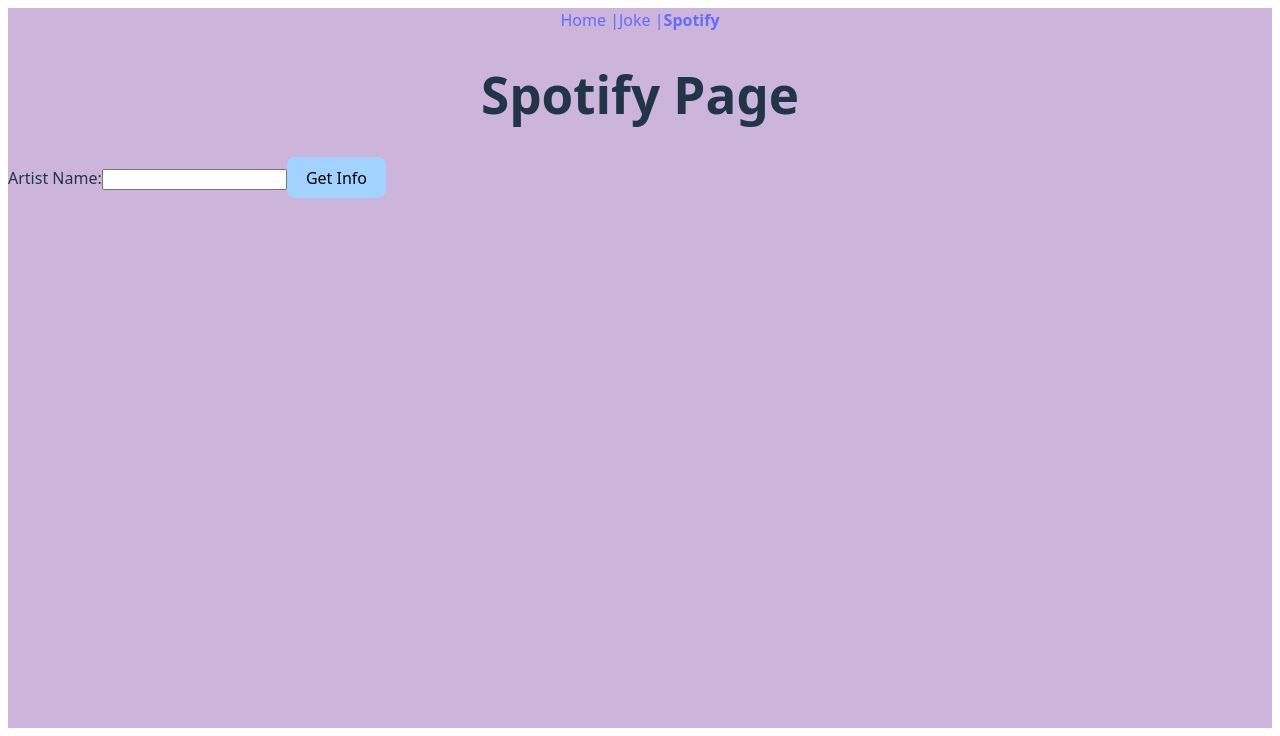
Repository: rosieomusic/spotify-react
Page: /spotify
An editor plug-in stored every save of this project. The page is shown before and after the next save, followed by the edit.
The browser window is 1280 px wide. The pictures show the whole page.
The page's requests for data from a server got no answer. The project was rebuilt for these pictures with package versions that can differ from the ones it lists, and the page was loaded fresh each time. No one was signed in, and anything a server would have sent is missing. Settings that the repository does not hold, such as keys and server addresses, were given made-up values. Also part of the build but not shown: vite.config.js, src/pages/HomePage.jsx, src/components/AlbumComponent.jsx, src/services/JokeService.js, src/pages/JokePage.jsx.

Above is the page before, as saved 2025-05-09 18:56:45.

### index.html
<!DOCTYPE html>
<html lang="en">
	<head>
		<meta charset="UTF-8" />
		<link
			rel="icon"
			type="image/svg+xml"
			href="/vite.svg"
		/>
		<meta
			name="viewport"
			content="width=device-width, initial-scale=1.0"
		/>
		<title>Joke and Spotify API</title>
	</head>
	<body>
		<div id="root"></div>
		<script
			type="module"
			src="/src/main.jsx"
		></script>
	</body>
</html>

### src/index.css
:root {
	font-family: system-ui, Avenir, Helvetica, Arial, sans-serif;
	line-height: 1.5;
	font-weight: 400;

	color: black;
	background-color: white;

	font-synthesis: none;
	text-rendering: optimizeLegibility;
	-webkit-font-smoothing: antialiased;
	-moz-osx-font-smoothing: grayscale;
}

a {
	font-weight: 500;
	color: #646cff;
	text-decoration: inherit;
}
a:hover {
	color: #535bf2;
}

h1 {
	font-size: 3.2em;
	line-height: 1.1;
}

button {
	border-radius: 8px;
	border: 1px solid black;
	padding: 0.6em 1.2em;
	font-size: 1em;
	font-weight: 500;
	font-family: inherit;
	background-color: white;
	cursor: pointer;
	transition: border-color 0.25s;
}
button:hover {
	border-color: #646cff;
}
button:focus,
button:focus-visible {
	outline: 4px auto -webkit-focus-ring-color;
}

@media (prefers-color-scheme: light) {
	:root {
		color: #213547;
		background-color: #ffffff;
	}
	a:hover {
		color: #747bff;
	}
	button {
		background-color: #f9f9f9;
	}
}

### src/App.jsx
import './App.css';
import { BrowserRouter, Routes, Link, Route, NavLink } from 'react-router-dom';
import HomePage from './pages/HomePage';
import SpotifyPage from './pages/SpotifyPage';
import JokePage from './pages/JokePage';

function App() {
	return (
		<BrowserRouter>
			<nav>
				<NavLink
					to='/'
					style={({ isActive }) => ({
						fontWeight: isActive ? 'bold' : 'normal',
					})}
				>
					Home |
				</NavLink>
				<NavLink
					to='/joke'
					style={({ isActive }) => ({
						fontWeight: isActive ? 'bold' : 'normal',
					})}
				>
					Joke |
				</NavLink>
				<NavLink
					to='/spotify'
					style={({ isActive }) => ({
						fontWeight: isActive ? 'bold' : 'normal',
					})}
				>
					Spotify
				</NavLink>
			</nav>

			<Routes>
				<Route
					path='/'
					element={<HomePage />}
				/>
				<Route
					path='/joke'
					element={<JokePage />}
				/>
				<Route
					path='/spotify'
					element={<SpotifyPage />}
				/>
			</Routes>
		</BrowserRouter>
	);
}

export default App;

### src/App.css
#root {
	max-width: 1280px;
	margin: 0;
	height: 100dvh;
}
body {
	background-color: #cdb4db;
}
button {
	background-color: #a2d2ff;
	border: none;
}
h1 {
	justify-self: center;
	text-align: center;
	align-self: center;
}
p {
	justify-self: center;
	font-family: 'Lucida Sans', 'Lucida Sans Regular', 'Lucida Grande',
		'Lucida Sans Unicode', Geneva, Verdana, sans-serif;
	text-align: center;
	align-self: center;
}
nav {
	text-align: center;
}

### src/pages/SpotifyPage.jsx
import React from 'react';
import { useState, useEffect } from 'react';
import SpotifyService from '../services/SpotifyService.js';
import AlbumComponent from '../components/AlbumComponent.jsx';

export default function SpotifyPage() {
	const [token, setToken] = useState('');
	const [artistName, setArtistName] = useState('');
	const [artist, setArtist] = useState('');
	const [albums, setAlbums] = useState('');

	function handleChange(event) {
		setArtistName(event.target.value);
	}

	function getArtistInfo() {
		SpotifyService.getArtist(artistName, token).then((response) => {
			//console.log(response);
			setArtist(response.data.artists.items[0]);
		});
	}
	function getAlbumInfo() {
		SpotifyService.getAlbums(artist.id, token).then((response) => {
			console.log(response);
			setAlbums(response.data.items);
		});
	}

	function getAuthToken() {
		SpotifyService.getAuthToken().then((response) => {
			setToken(response.access_token);
		});
	}
	useEffect(() => {
		getAuthToken();
	}, []);
	return (
		<>
			<h1>Spotify Page</h1>
			<label htmlFor='artistName'>Artist Name:</label>
			<input
				type='text'
				value={artistName}
				onChange={handleChange}
			/>
			<button onClick={getArtistInfo}>Get Info</button>
			<div>
				{artist && (
					<>
						<h2>{artist.name}</h2>
						<h2>Popularity: {artist.popularity}</h2>
						<h2>Followers: {artist.followers.total}</h2>
						<h2>Genres: {artist.genres}</h2>
						<button onClick={getAlbumInfo}>Get Albums</button>
						{albums && <AlbumComponent albums={albums} />}
					</>
				)}
			</div>
		</>
	);
}

### src/services/SpotifyService.js
import axios from 'axios';

const client_id = import.meta.env.VITE_SPOTIFY_ID;
const client_secret = import.meta.env.VITE_SPOTIFY_SECRET;
const auth_token = btoa(`${client_id}:${client_secret}`);

export default {
	getAuthToken() {
		return axios
			.post(
				'https://accounts.spotify.com/api/token',
				new URLSearchParams({
					grant_type: 'client_credentials',
				}).toString(),
				{
					headers: {
						'Content-Type': 'application/x-www-form-urlencoded',
						Authorization: 'Basic ' + auth_token,
					},
				}
			)
			.then((response) => response.data);
	},

	getArtist(artistName, token) {
		return axios.get(
			`https://api.spotify.com/v1/search?q=${artistName}&type=artist`,
			{
				headers: { Authorization: 'Bearer ' + token },
			}
		);
	},

	getAlbums(artistId, token) {
		return axios.get(`https://api.spotify.com/v1/artists/${artistId}/albums`, {
			headers: { Authorization: 'Bearer ' + token },
		});
	},
};

Loaded but not shown: src/main.jsx (common file)

After the next save:
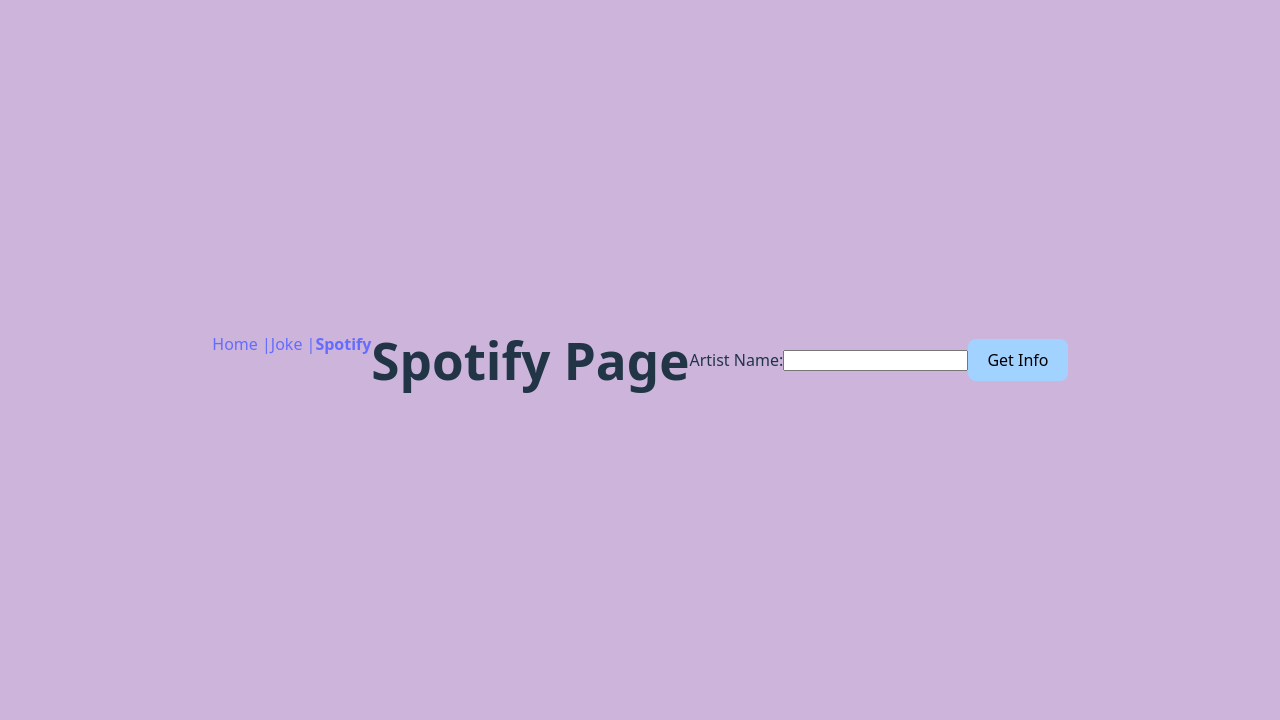
Saved 2 min 29 s later.
--- a/src/App.css
+++ b/src/App.css
@@ -1,11 +1,23 @@
+html,
+body {
+	height: 100%;
+	margin: 0;
+	padding: 0;
+}
+
 #root {
 	max-width: 1280px;
 	margin: 0;
 	height: 100dvh;
+	display: flex;
+	justify-content: center;
+	align-items: center;
+	text-align: center;
 }
 body {
 	background-color: #cdb4db;
 }
+
 button {
 	background-color: #a2d2ff;
 	border: none;
@@ -24,4 +36,5 @@ p {
 }
 nav {
 	text-align: center;
+	margin-bottom: 2rem;
 }
